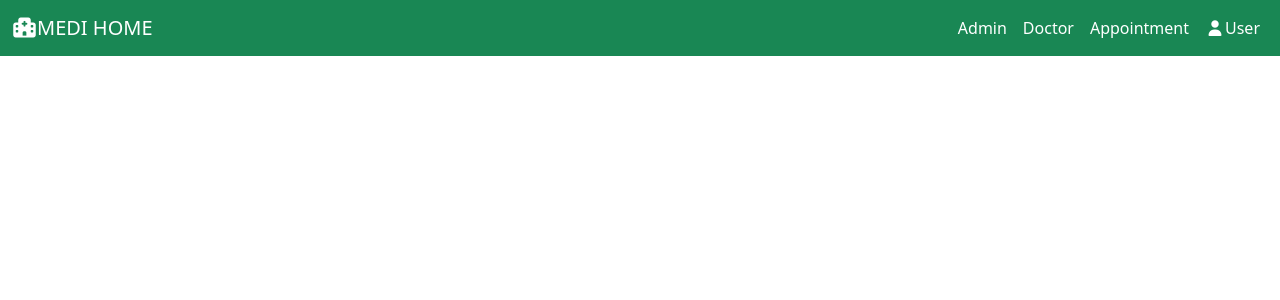
Repository: Anikett-777/app-auth
Page: http://localhost/Hospital_management_System_02/
An editor plug-in stored every save of this project. The page is shown before and after the next save, followed by the edit.
The browser window is 1280 px wide. The pictures show the whole page.
Some web libraries are served in a nearby version. The page is served by Tomcat 9.

Above is the page before, as saved 2025-12-03 10:17:49.

After the next save:
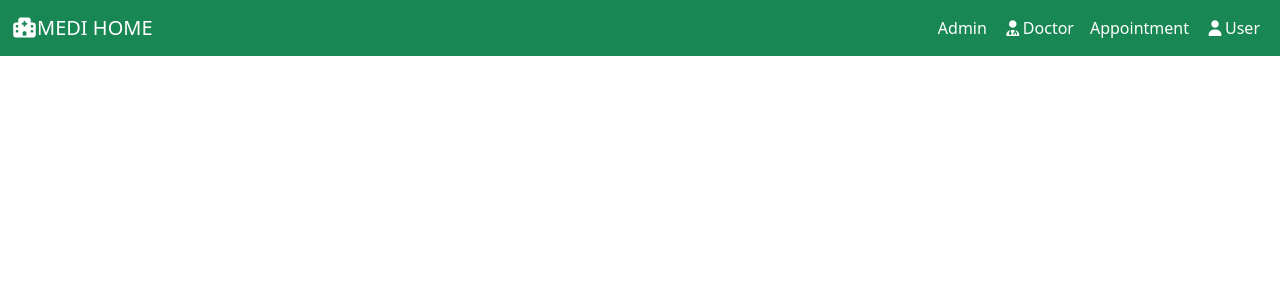
Saved 72 s later.
--- a/Hospital_management_System_02/src/main/webapp/components/navbar.jsp
+++ b/Hospital_management_System_02/src/main/webapp/components/navbar.jsp
@@ -12,7 +12,7 @@
 				<li class="nav-item"><a class="nav-link active"
 					aria-current="page" href="#">Admin</a></li>
 				<li class="nav-item"><a class="nav-link active"
-					aria-current="page" href="#">Doctor</a></li>
+					aria-current="page" href="#"><i class="fa-solid fa-user-doctor"></i>Doctor</a></li>
 				<li class="nav-item"><a class="nav-link active"
 					aria-current="page" href="#">Appointment</a></li>
 					<li class="nav-item"><a class="nav-link active"
